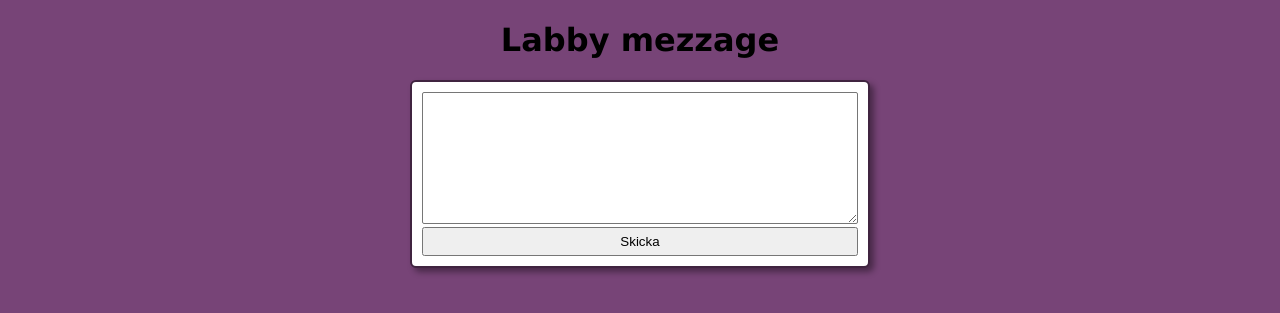
Repository: jk222rp/1dv403-laborationer
Page: 2-labbymezzage/index.html
The author's editor kept a record of every edit. The page is drawn from the files as they stood at one moment, then again after the next edit.
The browser window is 1280 px wide. The pictures show the whole page.

Above is the page before.

After the next edit:
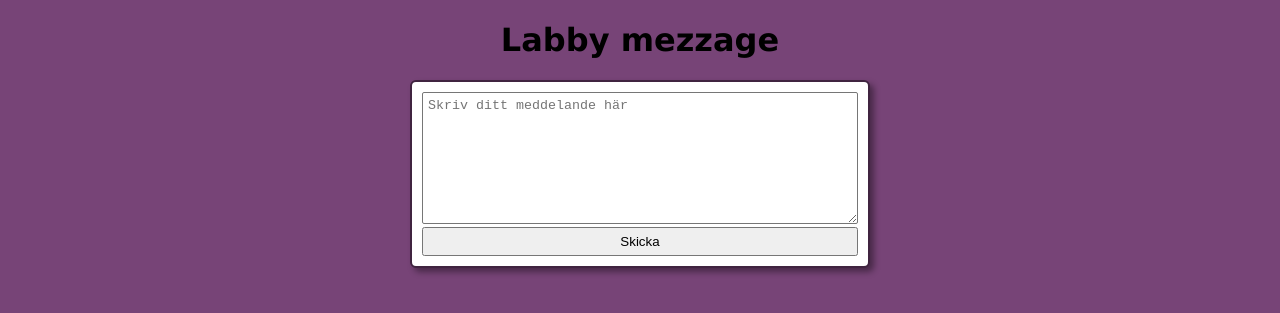
The edit:
--- a/2-labbymezzage/index.html
+++ b/2-labbymezzage/index.html
@@ -18,8 +18,8 @@
                 <div id="theMessages">
 
                 </div>
-                <textarea id="aMessage" name="aMessage"></textarea>
-                <button type="submit">Skicka</button>
+                <textarea placeholder="Skriv ditt meddelande här" id="aMessage" name="aMessage"></textarea>
+                <button id="sendButton">Skicka</button>
             </div>
         </div>
     </body>
